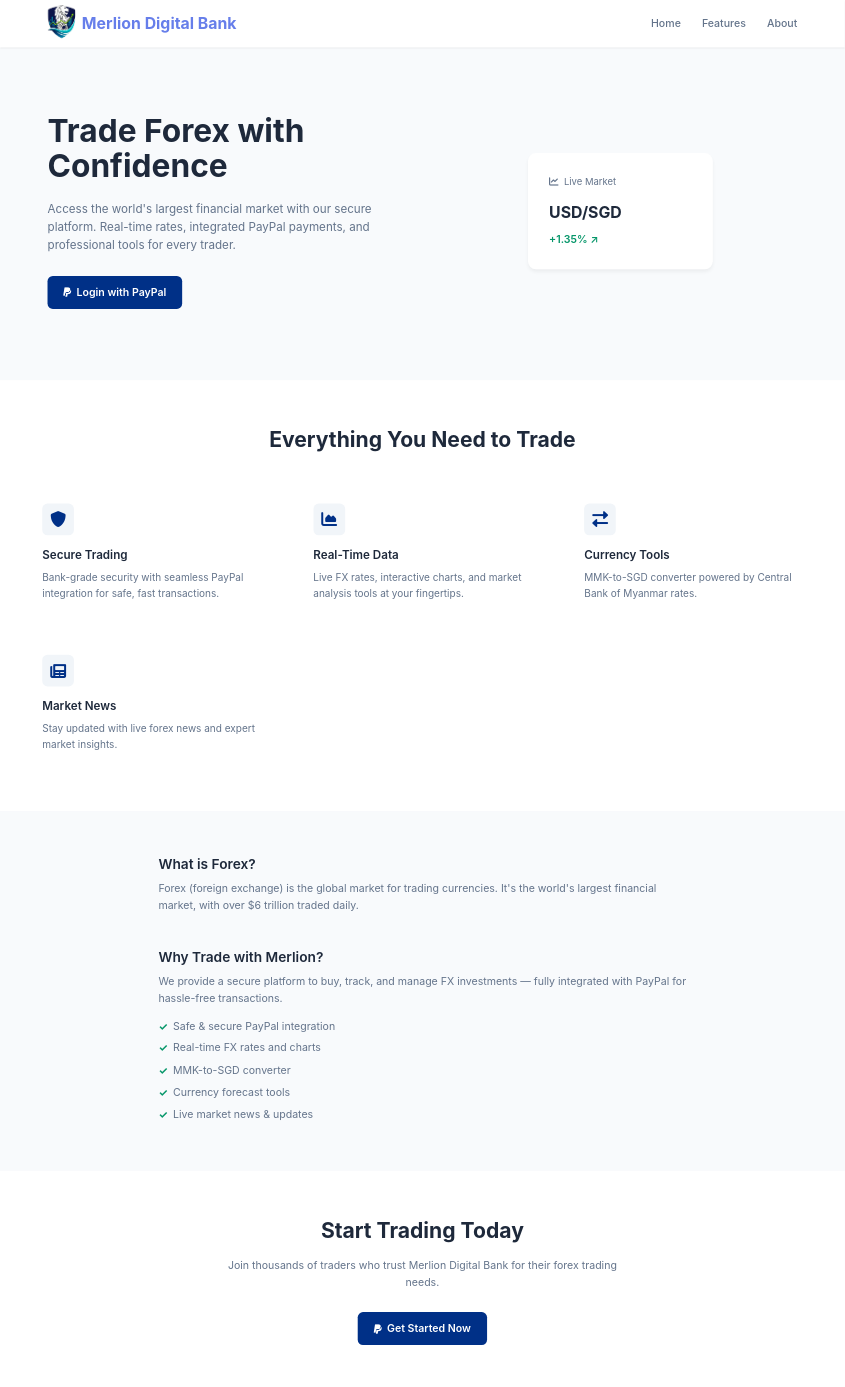
Repository: MayThetNaingBo/MerlionFX-app
Page: http://localhost/
The author's editor kept a copy of each file at every save. The page is drawn from the files as they stood at one save, then again after the next save.
The browser window is 1280 px wide. The pictures show the whole page, at 66% of full size.
The page is served by the project's application, run on Flask 3 (app.py).

Above is the page before, as saved 2025-08-07 23:39:48.

### templates/index.html
<!DOCTYPE html>
<html lang="en">
<head>
    <meta charset="UTF-8">
    <meta name="viewport" content="width=device-width, initial-scale=1.0">
    <title>Merlion Digital Bank - Forex Trading Platform</title>
    <link href="https://cdnjs.cloudflare.com/ajax/libs/font-awesome/6.0.0/css/all.min.css" rel="stylesheet">
    <style>
        * {
            margin: 0;
            padding: 0;
            box-sizing: border-box;
        }

        body {
            font-family: -apple-system, BlinkMacSystemFont, 'Segoe UI', Roboto, sans-serif;
            line-height: 1.6;
            color: #333;
            background: #f8fafc;
        }

        /* Navigation */
        .navbar {
            background: white;
            padding: 1rem 0;
            box-shadow: 0 1px 3px rgba(0, 0, 0, 0.1);
            position: fixed;
            width: 100%;
            top: 0;
            z-index: 100;
        }

        .nav-container {
            max-width: 1200px;
            margin: 0 auto;
            padding: 0 2rem;
            display: flex;
            justify-content: space-between;
            align-items: center;
        }

        .logo-container {
            display: flex;
            align-items: center;
            gap: 0.75rem;
        }

        .logo-icon {
            width: 40px;
            height: 40px;
            border-radius: 8px;
            display: flex;
            align-items: center;
            justify-content: center;
            color: white;
            font-size: 1.5rem;
            font-weight: bold;
            padding-top: 5px;
        }

        .logo {
            font-size: 1.5rem;
            font-weight: 700;
            color: #667eea;
        }

        .nav-links {
            display: flex;
            list-style: none;
            gap: 2rem;
        }

        .nav-links a {
            color: #64748b;
            text-decoration: none;
            font-weight: 500;
            transition: color 0.2s;
        }

        .nav-links a:hover {
            color: #003087;
        }

        /* Hero Section */
        .hero {
            padding: 8rem 2rem 4rem;
            max-width: 1200px;
            margin: 0 auto;
            display: grid;
            grid-template-columns: 1fr 1fr;
            gap: 4rem;
            align-items: center;
            min-height: 80vh;
        }

        .hero-content h1 {
            font-size: 3rem;
            font-weight: 700;
            color: #1e293b;
            margin-bottom: 1.5rem;
            line-height: 1.1;
        }

        .hero-content p {
            font-size: 1.1rem;
            color: #64748b;
            margin-bottom: 2rem;
        }

        .cta-button {
            display: inline-flex;
            align-items: center;
            gap: 0.5rem;
            background: #003087;
            color: white;
            padding: 0.75rem 1.5rem;
            border: none;
            border-radius: 8px;
            font-weight: 600;
            text-decoration: none;
            transition: all 0.2s;
        }

        .cta-button:hover {
            background: #002060;
            transform: translateY(-1px);
            color: white;
        }

        .hero-visual {
            display: flex;
            justify-content: center;
            gap: 1.5rem;
            flex-wrap: wrap;
        }

        .card {
            background: white;
            padding: 2rem;
            border-radius: 12px;
            box-shadow: 0 4px 6px rgba(0, 0, 0, 0.05);
            width: 280px;
        }

        .card-header {
            display: flex;
            align-items: center;
            gap: 0.5rem;
            margin-bottom: 1rem;
            color: #64748b;
            font-size: 0.9rem;
        }

        .currency-pair {
            font-size: 1.5rem;
            font-weight: 700;
            color: #1e293b;
            margin-bottom: 0.5rem;
        }

        .price-change {
            color: #059669;
            font-weight: 600;
        }

        .logo-card {
            background: linear-gradient(135deg, #003087, #0066cc);
            color: white;
            display: flex;
            flex-direction: column;
            align-items: center;
            justify-content: center;
            text-align: center;
            position: relative;
            overflow: hidden;
        }

        .logo-card::before {
            content: '';
            position: absolute;
            top: -50%;
            right: -50%;
            width: 100%;
            height: 100%;
            background: rgba(255, 255, 255, 0.1);
            border-radius: 50%;
            transform: rotate(45deg);
        }

        .hero-logo-icon {
            font-size: 3rem;
            font-weight: bold;
            margin-bottom: 1rem;
            z-index: 2;
            position: relative;
        }

        .hero-logo-text {
            font-size: 1.2rem;
            font-weight: 600;
            margin-bottom: 0.5rem;
            z-index: 2;
            position: relative;
        }

        .hero-logo-tagline {
            font-size: 0.9rem;
            opacity: 0.9;
            z-index: 2;
            position: relative;
        }

        /* Features Section */
        .features {
            padding: 4rem 2rem;
            background: white;
        }

        .features-container {
            max-width: 1200px;
            margin: 0 auto;
            text-align: center;
        }

        .features h2 {
            font-size: 2rem;
            font-weight: 700;
            color: #1e293b;
            margin-bottom: 3rem;
        }

        .features-grid {
            display: grid;
            grid-template-columns: repeat(auto-fit, minmax(280px, 1fr));
            gap: 2rem;
        }

        .feature {
            padding: 1.5rem;
            text-align: left;
        }

        .feature-icon {
            width: 48px;
            height: 48px;
            background: #f1f5f9;
            border-radius: 8px;
            display: flex;
            align-items: center;
            justify-content: center;
            margin-bottom: 1rem;
            color: #003087;
            font-size: 1.5rem;
        }

        .feature h3 {
            font-size: 1.1rem;
            font-weight: 600;
            color: #1e293b;
            margin-bottom: 0.5rem;
        }

        .feature p {
            color: #64748b;
            font-size: 0.95rem;
        }

        /* Info Section */
        .info-section {
            padding: 4rem 2rem;
            background: #f8fafc;
        }

        .info-container {
            max-width: 800px;
            margin: 0 auto;
        }

        .info-grid {
            display: grid;
            gap: 2rem;
        }

        .info-item h3 {
            font-size: 1.3rem;
            font-weight: 600;
            color: #1e293b;
            margin-bottom: 0.5rem;
        }

        .info-item p {
            color: #64748b;
            margin-bottom: 1rem;
        }

        .benefits-list {
            list-style: none;
            padding: 0;
        }

        .benefits-list li {
            display: flex;
            align-items: center;
            gap: 0.5rem;
            margin-bottom: 0.5rem;
            color: #64748b;
        }

        .benefits-list li::before {
            content: "✓";
            color: #059669;
            font-weight: bold;
        }

        /* CTA Section */
        .cta-section {
            padding: 4rem 2rem;
            background: white;
            text-align: center;
        }

        .cta-section h2 {
            font-size: 2rem;
            font-weight: 700;
            color: #1e293b;
            margin-bottom: 1rem;
        }

        .cta-section p {
            color: #64748b;
            margin-bottom: 2rem;
            max-width: 600px;
            margin-left: auto;
            margin-right: auto;
        }

        /* Responsive */
        @media (max-width: 768px) {
            .hero {
                grid-template-columns: 1fr;
                gap: 2rem;
                text-align: center;
                padding: 6rem 2rem 4rem;
            }

            .hero-content h1 {
                font-size: 2.5rem;
            }

            .nav-links {
                display: none;
            }

            .features-grid {
                grid-template-columns: 1fr;
            }

            .logo {
                font-size: 1.3rem;
            }

            .logo-icon {
                width: 35px;
                height: 35px;
                font-size: 1.2rem;
            }
        }
    </style>
</head>
<body>
    <!-- Navigation -->
    <nav class="navbar">
        <div class="nav-container">
            <div class="logo-container">
                <div class="logo-icon"><img src="../static/images/Merlion.png" style="width: 250%; height: 250%;"></div>
                <div class="logo">Merlion Digital Bank</div>
            </div>
            <ul class="nav-links">
                <li><a href="#home">Home</a></li>
                <li><a href="#features">Features</a></li>
                <li><a href="#about">About</a></li>
            </ul>
        </div>
    </nav>

    <!-- Hero Section -->
    <section class="hero" id="home">
        <div class="hero-content">
            <h1>Trade Forex with Confidence</h1>
            <p>Access the world's largest financial market with our secure platform. Real-time rates, integrated PayPal payments, and professional tools for every trader.</p>
            <a href="/login" class="cta-button">
                <i class="fab fa-paypal"></i>
                Login with PayPal
            </a>
        </div>
        <div class="hero-visual">
            <div class="card">
                <div class="card-header">
                    <i class="fas fa-chart-line"></i>
                    <span>Live Market</span>
                </div>
                <div class="currency-pair">USD/SGD</div>
                <div class="price-change">+1.35% ↗</div>
            </div>
        </div>
    </section>

    <!-- Features Section -->
    <section class="features" id="features">
        <div class="features-container">
            <h2>Everything You Need to Trade</h2>
            <div class="features-grid">
                <div class="feature">
                    <div class="feature-icon">
                        <i class="fas fa-shield-alt"></i>
                    </div>
                    <h3>Secure Trading</h3>
                    <p>Bank-grade security with seamless PayPal integration for safe, fast transactions.</p>
                </div>

                <div class="feature">
                    <div class="feature-icon">
                        <i class="fas fa-chart-area"></i>
                    </div>
                    <h3>Real-Time Data</h3>
                    <p>Live FX rates, interactive charts, and market analysis tools at your fingertips.</p>
                </div>

                <div class="feature">
                    <div class="feature-icon">
                        <i class="fas fa-exchange-alt"></i>
                    </div>
                    <h3>Currency Tools</h3>
                    <p>MMK-to-SGD converter powered by Central Bank of Myanmar rates.</p>
                </div>

                <div class="feature">
                    <div class="feature-icon">
                        <i class="fas fa-newspaper"></i>
                    </div>
                    <h3>Market News</h3>
                    <p>Stay updated with live forex news and expert market insights.</p>
                </div>
            </div>
        </div>
    </section>

    <!-- Info Section -->
    <section class="info-section" id="about">
        <div class="info-container">
            <div class="info-grid">
                <div class="info-item">
                    <h3>What is Forex?</h3>
                    <p>Forex (foreign exchange) is the global market for trading currencies. It's the world's largest financial market, with over $6 trillion traded daily.</p>
                </div>

                <div class="info-item">
                    <h3>Why Trade with Merlion?</h3>
                    <p>We provide a secure platform to buy, track, and manage FX investments — fully integrated with PayPal for hassle-free transactions.</p>

                    <ul class="benefits-list">
                        <li>Safe & secure PayPal integration</li>
                        <li>Real-time FX rates and charts</li>
                        <li>MMK-to-SGD converter</li>
                        <li>Currency forecast tools</li>
                        <li>Live market news & updates</li>
                    </ul>
                </div>
            </div>
        </div>
    </section>

    <!-- CTA Section -->
    <section class="cta-section">
        <h2>Start Trading Today</h2>
        <p>Join thousands of traders who trust Merlion Digital Bank for their forex trading needs.</p>
        <a href="/login" class="cta-button">
            <i class="fab fa-paypal"></i>
            Get Started Now
        </a>
    </section>

    <script>
        // Simple scroll effect for navbar
        window.addEventListener('scroll', function() {
            const navbar = document.querySelector('.navbar');
            if (window.scrollY > 50) {
                navbar.style.boxShadow = '0 2px 10px rgba(0, 0, 0, 0.1)';
            } else {
                navbar.style.boxShadow = '0 1px 3px rgba(0, 0, 0, 0.1)';
            }
        });
    </script>
</body>
</html>

Loaded but not shown: app.py (787 lines, source omitted)

After the next save:
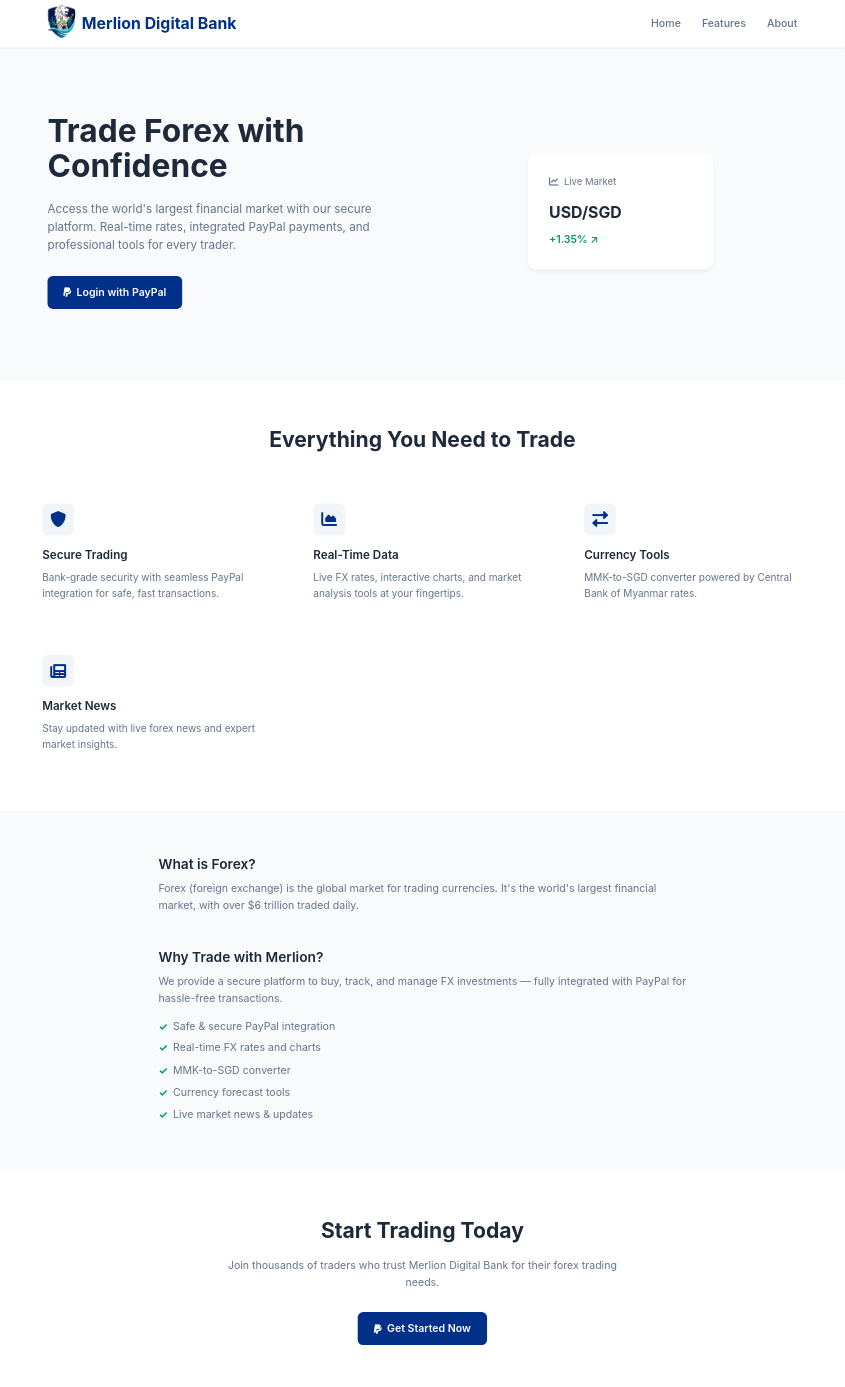
Saved 24 s later.
--- a/templates/index.html
+++ b/templates/index.html
@@ -61,7 +61,7 @@
         .logo {
             font-size: 1.5rem;
             font-weight: 700;
-            color: #667eea;
+            color: #003087;
         }
 
         .nav-links {
